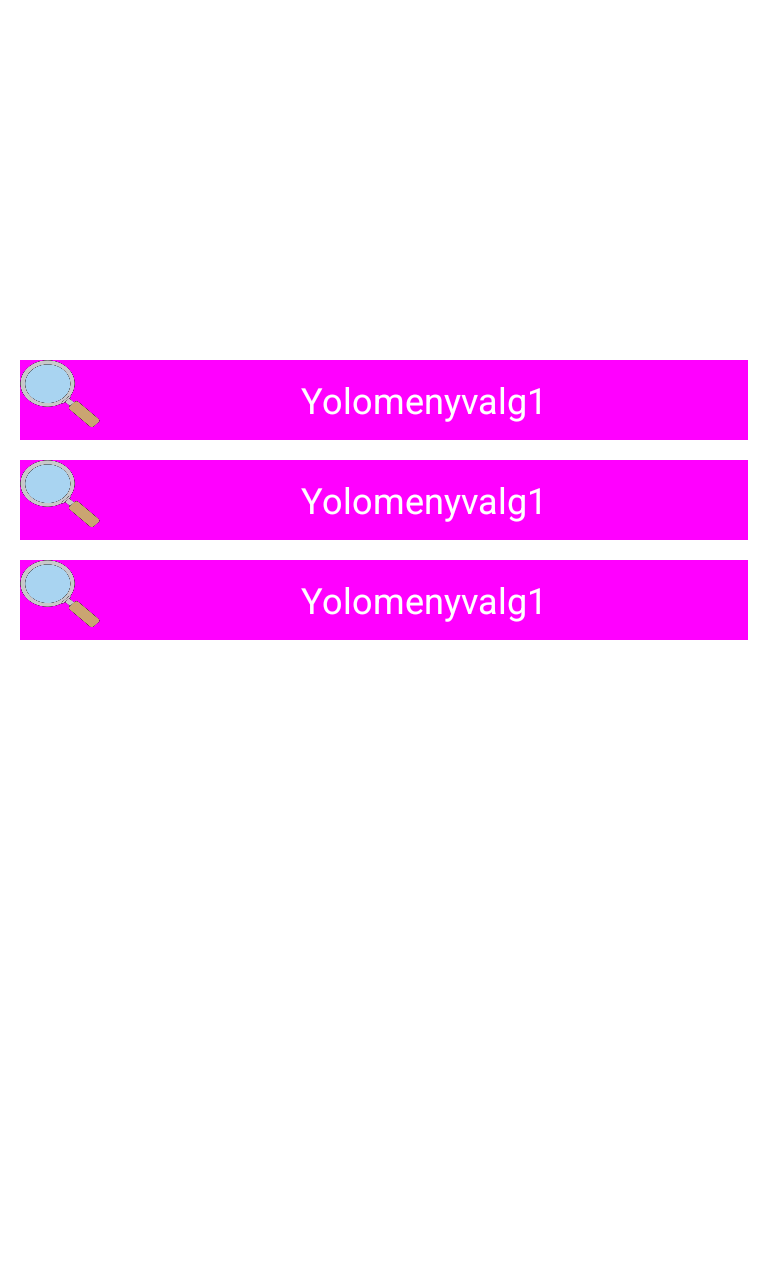
Repository: pumalove/workspace
Layout: MainActivity/res/layout/gridview.xml
An editor plug-in stored every save of this project. The layout is shown before and after the next save, followed by the edit.
It is drawn on a 768 x 1280 px phone screen (xhdpi) without system bars, with theme AppTheme; the app's code is not run. Lists and similar views that code fills are empty.

Above is the layout before, as saved 2014-03-17 13:56:50.

### MainActivity/res/layout/gridview.xml
<?xml version="1.0" encoding="utf-8"?>
<LinearLayout xmlns:android="http://schemas.android.com/apk/res/android"
    android:layout_width="match_parent"
    android:layout_height="wrap_content"
    android:orientation="vertical"
    android:padding="10dp">

    <LinearLayout
        android:layout_marginBottom="20dp"
        android:layout_width="fill_parent"
        android:layout_height="wrap_content">

        <GridView
            android:id="@+id/gridview"
            android:layout_width="fill_parent"
            android:layout_height="150dp"
            android:columnWidth="90dp"
            android:numColumns="auto_fit"
            android:verticalSpacing="5dp"
            android:horizontalSpacing="5dp"
            android:stretchMode="columnWidth"
            android:gravity="center"
            />
	</LinearLayout>


    <LinearLayout
        android:id="@+id/linearlayout2"
        android:layout_width="fill_parent"
        android:layout_height="wrap_content"
        android:layout_gravity="center"
        android:orientation="vertical"
        android:layout_below="@id/gridview">

        <LinearLayout
            android:id="@+id/customButton1"
            android:layout_width="fill_parent"
            android:layout_height="wrap_content"
            android:layout_marginBottom="10dp"
            android:orientation="horizontal"
            android:clickable="true"
            android:focusable="true"
            android:background="#FF00FF"
            >

            <ImageView
                android:id="@+id/imageView1"
                android:layout_width="40dp"
                android:layout_height="40dp"
                android:scaleType="centerCrop"
                android:src="@drawable/sample_0" />

			<LinearLayout
			    android:layout_width="fill_parent"
            	android:layout_height="wrap_content"
            	android:gravity="center"
            	android:layout_gravity="center" >
            	<TextView
                	android:layout_width="wrap_content"
                	android:layout_height="wrap_content"
                	android:layout_gravity="center"
                	android:text="Yolomenyvalg1"
                	android:textColor="#FFFFFF"
                	android:textSize="18dp"/>
			</LinearLayout>
		</LinearLayout>


        <LinearLayout
            android:id="@+id/customButton2"
            android:layout_width="fill_parent"
            android:layout_height="wrap_content"
            android:layout_marginBottom="10dp"
            android:orientation="horizontal"
            android:gravity="center"
            android:clickable="true"
            android:focusable="true"
            android:background="#FF00FF"
            >

            <ImageView
                android:id="@+id/imageView2"
                android:layout_width="40dp"
                android:layout_height="40dp"
                android:scaleType="centerCrop"
                android:src="@drawable/sample_0" />

           <LinearLayout
			    android:layout_width="fill_parent"
            	android:layout_height="wrap_content"
            	android:gravity="center"
            	android:layout_gravity="center" >
            	<TextView
                	android:layout_width="wrap_content"
                	android:layout_height="wrap_content"
                	android:layout_gravity="center"
                	android:text="Yolomenyvalg1"
                	android:textColor="#FFFFFF"
                	android:textSize="18dp"/>
			</LinearLayout>

        </LinearLayout>

        <LinearLayout
            android:id="@+id/customButton3"
            android:layout_width="fill_parent"
            android:layout_height="wrap_content"
            android:layout_marginBottom="10dp"
            android:orientation="horizontal"
            android:gravity="center"
            android:clickable="true"
            android:focusable="true"
            android:background="#FF00FF"
            >

            <ImageView
                android:id="@+id/imageView3"
                android:layout_width="40dp"
                android:layout_height="40dp"
                android:scaleType="centerCrop"
                android:src="@drawable/sample_0" />

            <LinearLayout
			    android:layout_width="fill_parent"
            	android:layout_height="wrap_content"
            	android:gravity="center"
            	android:layout_gravity="center" >
            	<TextView
                	android:layout_width="wrap_content"
                	android:layout_height="wrap_content"
                	android:layout_gravity="center"
                	android:text="Yolomenyvalg1"
                	android:textColor="#FFFFFF"
                	android:textSize="18dp"/>
			</LinearLayout>

        </LinearLayout>
    </LinearLayout>



</LinearLayout>

Loaded but not shown: MainActivity/res/values/styles.xml (common file); MainActivity/res/values-v11/styles.xml (common file); MainActivity/res/values-v14/styles.xml (common file)

After the next save:
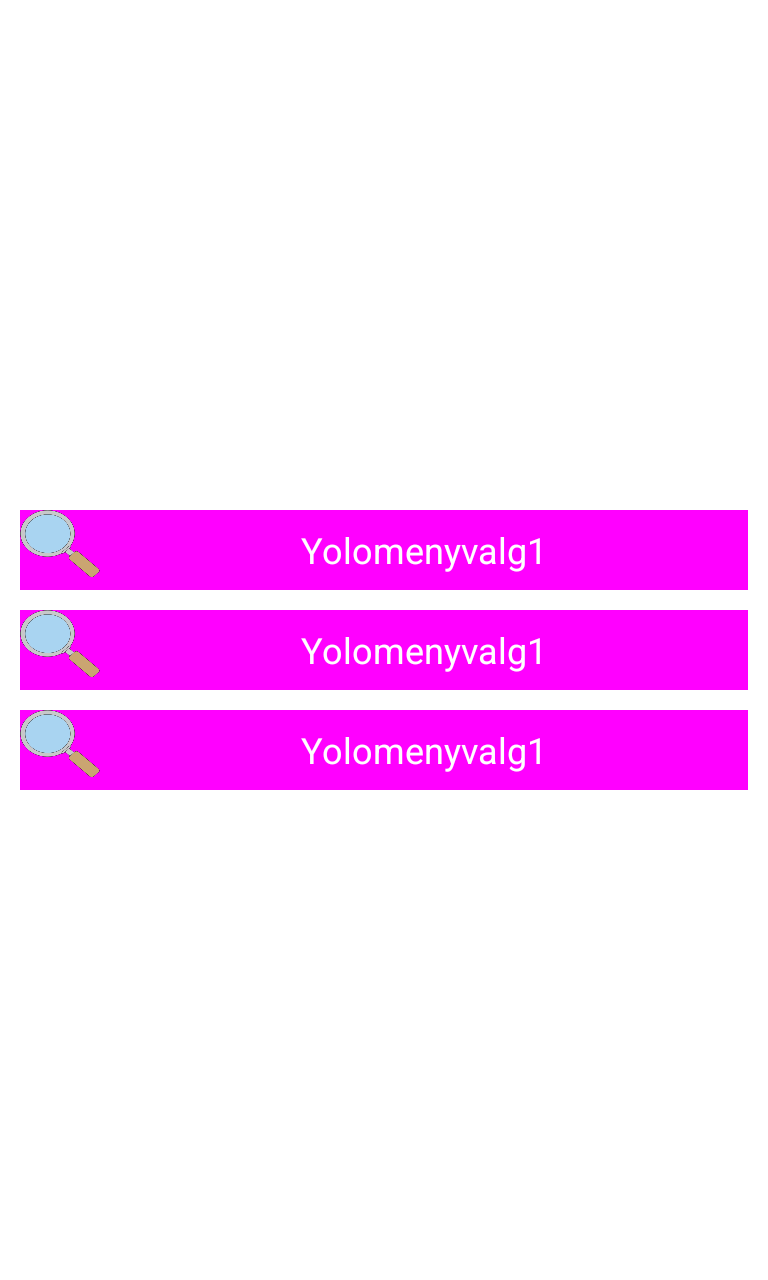
Saved 76 s later.
--- a/MainActivity/res/layout/gridview.xml
+++ b/MainActivity/res/layout/gridview.xml
@@ -13,7 +13,7 @@
         <GridView
             android:id="@+id/gridview"
             android:layout_width="fill_parent"
-            android:layout_height="150dp"
+            android:layout_height="225dp"
             android:columnWidth="90dp"
             android:numColumns="auto_fit"
             android:verticalSpacing="5dp"
